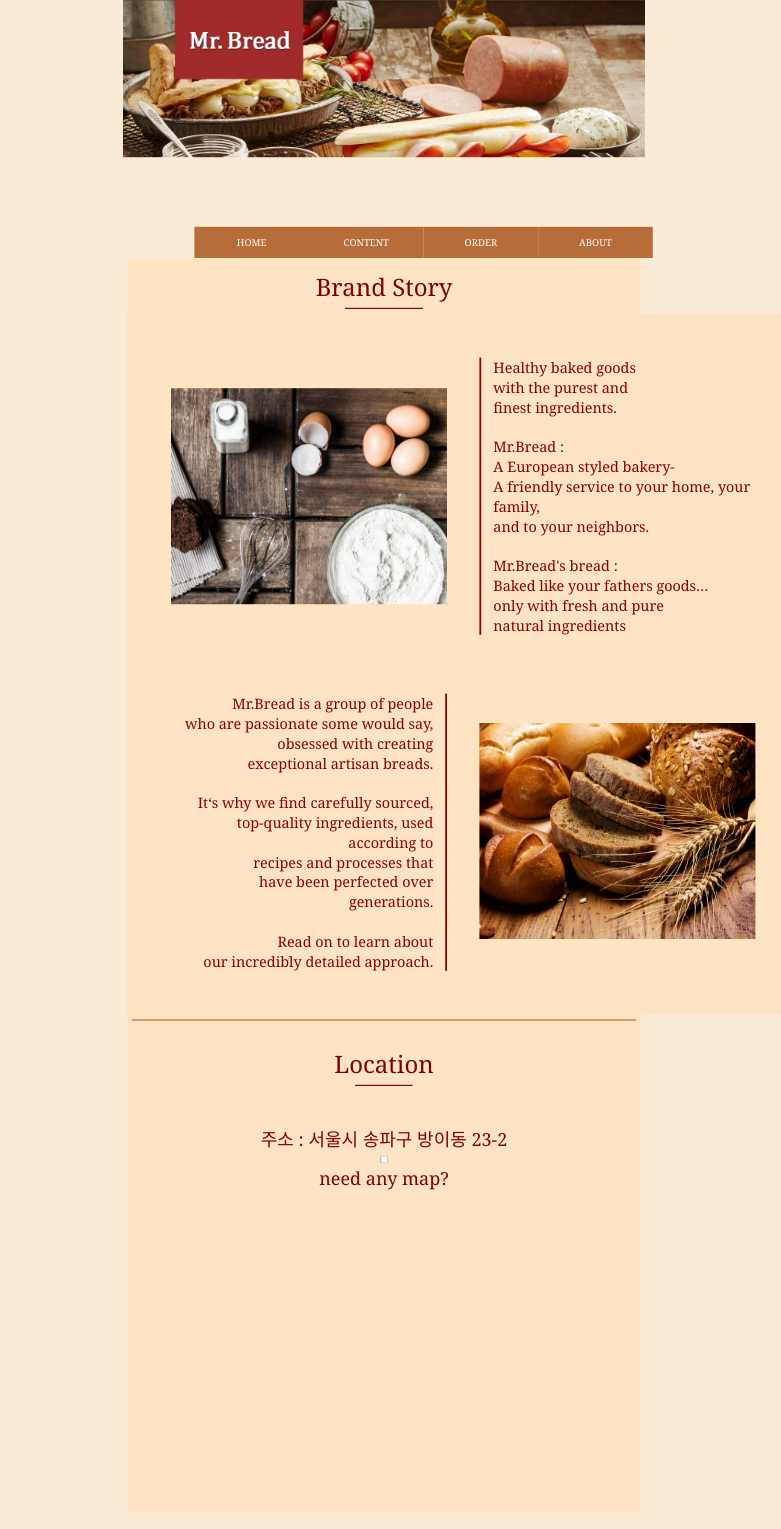
Repository: jihyyeshin/2017-2-WP-bread
Page: http://localhost/Bread/about.jsp
An editor plug-in stored every save of this project. The page is shown before and after the next save, followed by the edit.
The browser window is 1280 px wide. The page is 1302 px wide, so the pictures cover 1302 px, including what lies to the right of the window. The pictures show the whole page, at 60% of full size.
The page is served by Tomcat 9. Other server files are loaded and not shown.

Above is the page before, as saved 2017-12-08 05:14:46.

### eclipse-workspace/Bread/WebContent/about.jsp
<%@ page language="java" contentType="text/html; charset=euc-kr"
	pageEncoding="euc-kr"%>
<%@ page import="java.sql.*"%>
<!DOCTYPE html>
<html lang="ko" xmlns="http://www.w3.org/1999/xhtml">
<head>
<meta charset="utf-8" />
<title>Mr.Bread</title>

<script language="javascript">
	function changeMap() {
		if (map.style.visibility == "visible")
			map.style.visibility = "hidden";
		else
			map.style.visibility = "visible";
	}
</script>

</head>

<body>
	<link rel="stylesheet" type="text/css" href="style.css" />
	<div id="container">
		<div>
			<ul class="h">
				<li class="h"><a class="h" href="home.jsp">HOME</a></li>
				<li class="h"><a class="h" href="content.jsp">CONTENT</a></li>
				<li class="h"><a class="h" href="order.jsp">ORDER</a></li>
				<li class="h"><a class="h" href="about.jsp">ABOUT</a></li>
			</ul>
		</div>
		<br /> <br /> <br />
		<div id="main">
			<br />
			<p class="p1">Brand Story</p>
			<hr width="15%" style="border: 1px solid darkred" />
			<table border="0" align="center">
				<tr>
					<td><img class="img1" src="21.jpg" /></td>
					<td>
						<div id="p2">
							<p class="p2">
								Healthy baked goods <br /> with the purest and <br /> finest
								ingredients. <br /> <br /> Mr.Bread : <br /> A European
								styled bakery- <br /> A friendly service to your home, your
								family, <br /> and to your neighbors. <br /> <br />
								Mr.Bread's bread : <br /> Baked like your fathers goods… <br />
								only with fresh and pure <br /> natural ingredients <br />
							</p>
						</div>
					</td>
				</tr>
				<tr>
					<td>
						<div id="p3">
							<p class="p3">
								Mr.Bread is a group of people <br /> who are passionate some
								would say, <br /> obsessed with creating <br /> exceptional
								artisan breads. <br /> <br /> It‘s why we find carefully
								sourced, <br /> top-quality ingredients, used according to <br />
								recipes and processes that <br /> have been perfected over
								generations. <br /> <br /> Read on to learn about <br /> our
								incredibly detailed approach. <br />
							</p>
						</div>
					</td>
					<td><img class="img2" src="20.jpg" /></td>
				</tr>
			</table>
			<hr width="98%" style="border: 0.5px solid #b76d39" />
			<br /> <br />
			<p class="p1">Location</p>
			<hr width="11%" style="border: 1px solid darkred" />
			<br> <br> <br>
			<table border="0" align="center" width="700">
				<tr>
					<td>
						<center>
							<p class="p4">주소 : 서울시 송파구 방이동 23-2</p>
						</center>
					</td>
				</tr>
				<tr>
					<td>
						<center>
							<input type="checkbox" name="ck" value="2" onclick="changeMap()" />
							<center>
								<p class="p4">need any map?</p>
							</center>

							<div id="map">
								<img src="map.jpg" width="700" height="480" />
							</div>
						</center>
					</td>
				</tr>
			</table>
		</div>
	</div>
	</div>
</body>
</html>

### eclipse-workspace/Bread/WebContent/style.css
@charset "EUC-KR";
/* home.jsp의 배경 화면 구성 */
body {
	background-color: antiquewhite;
	background-image: url("file.jpg");
	background-position: center top;
	background-repeat: no-repeat;
	background-size: 68%;
}
/* home.jsp의 배경 화면 제외한 페이지 구성 */
#container {
	width: auto;
	margin: auto;
	padding: 20px;
}
/* bread, calendar, number 구성 */
#part1 {
	width: 100%;
	height: auto;
	padding-top: 1%;
	padding-bottom: 1%;
	margin: auto;
	background-color: #b76d39;
}
/* 화면 하단 사진 슬라이스 구성 */
#part2 {
	width: 100%;
	height: auto;
	margin: auto;
	background-color: #b76d39;
}
/* home.jsp의 main 단락 구성 */
#main {
	width: 69.9%;
	height: auto;
	margin: auto;
	padding-bottom: 50px;
	background-color: bisque;
}
/* menu bar 전체적인 구성 */
ul.h {
	margin-top: 350px;
	margin-left: 256px;
}
/* 각각 menu 구성 */
ul.h li.h {
	width: 20.58%;
	list-style-type: none;
	overflow: hidden;
	position: center;
	background-color: #b76d39;
	float: left;
	position: center;
}
/* 각각 menu의 글씨 구성 */
li.h a.h {
	display: block;
	font-family: Cambria;
	color: white;
	text-align: center;
	padding: 15px 15px;
	text-decoration: none;
}
/* 각각 menu에 마우스를 올려놓았을 때의 동작 */
li.h a.h:hover {
	background-color: white;
	color: #b76d39;
}
/* 본문 내용 구성 글씨 "brand story" */
.p1 {
	font-family: Cambria;
	font-size: 40px;
	color: maroon;
	text-align: center;
	margin: 0px 0px 0px 0px;
}

#p2 {
	width: auto;
	height: auto;
	padding-left: 20px;
	margin: 70px 0px 20px 20px;
	border-left: 3px solid darkred;
}

.p2 {
	font-family: Cambria;
	font-size: 24px;
	color: darkred;
	text-align: left;
}

#p3 {
	width: auto;
	height: auto;
	padding-right: 20px;
	margin: 70px 30px 70px 30px;
	border-right: 3px solid darkred;
}

.p3 {
	font-family: Cambria;
	font-size: 24px;
	color: darkred;
	text-align: right;
}

.img1 {
	width: 460px;
	height: 360px;
	margin: 70px 30px 20px 30px;
}

.img2 {
	width: 460px;
	height: 360px;
	margin: 70px 0px 70px 20px;
}
/* 단 구성 */
.column {
	column-count: 2;
	column-width: 100px;
	column-rule: 1px solid grey;
	-webkit-column-count: 2;
	-webkit-column-width: 100px;
	-webkit-column-rule: 1px solid grey;
	-moz-column-count: 2;
	-moz-column-width: 100px;
	-moz-column-rule: 1px solid grey;
	width: 1350px;
}

.three {
	font-family: Cambria;
	color: white;
	font-size: 20px;
	align: center;
	margin: 0px 0px 0px 10px;
}
/*about.jsp에서 사용하는 map*/
#map {
	visibility: hidden;
	pading: 50px 50px 50px 50px;
}
/*login 창에 사용*/
table, tr, td {
	background-color: bisque;
	text-align: center;
}

table {
	margin: 0 auto;
	padding: 0px 40px 0px 40px;
}

/*login button에 사용*/
.button {
	background-color: #b76d39;
	font-family: Cambria;
	width: 100px;
	border: none;
	color: white;
	padding: 15px 32px;
	text-align: center;
	text-decoration: none;
	display: inline-block;
	font-size: 16px;
	margin: 4px 2px;
	cursor: pointer;
	-webkit-transition-duration: 0.4s; /* Safari */
	transition-duration: 0.4s;
	border: none;
}

.button2:hover {
	box-shadow: 0 12px 16px 0 rgba(0, 0, 0, 0.24), 0 17px 50px 0
		rgba(0, 0, 0, 0.19);
}
/*login 및 작은 글씨*/
.p4 {
	font-family: Cambria;
	font-size: 30px;
	color: maroon;
	text-align: center;
	margin: 0px 0px 0px 0px;
}

.div1 {
	border-style: solid;
	border-color: #b76d39;
	width: 55%;
	align: center;
}

After the next save:
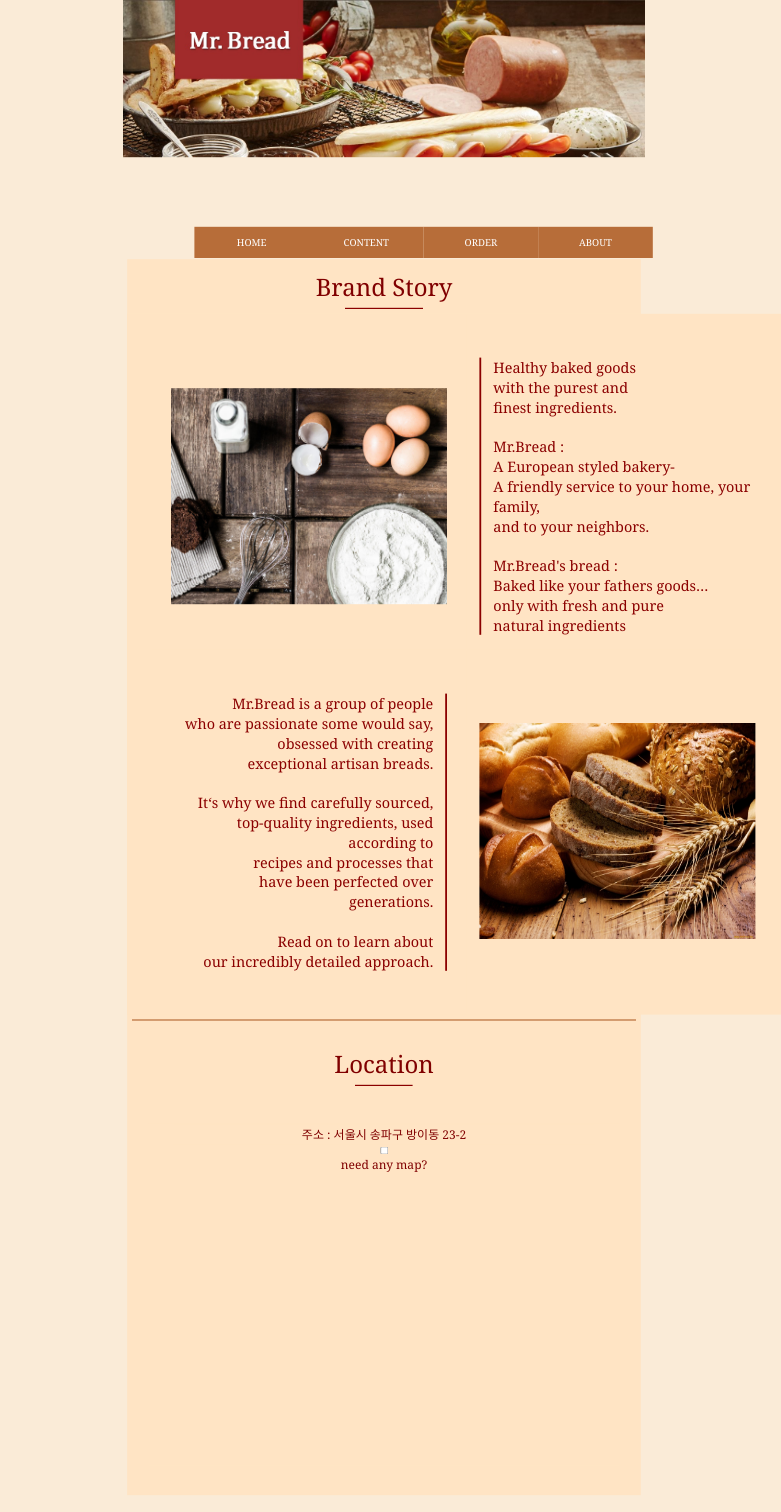
Saved 42 s later.
--- a/eclipse-workspace/Bread/WebContent/about.jsp
+++ b/eclipse-workspace/Bread/WebContent/about.jsp
@@ -76,7 +76,7 @@
 				<tr>
 					<td>
 						<center>
-							<p class="p4">주소 : 서울시 송파구 방이동 23-2</p>
+							<p class="p5">주소 : 서울시 송파구 방이동 23-2</p>
 						</center>
 					</td>
 				</tr>
@@ -85,7 +85,7 @@
 						<center>
 							<input type="checkbox" name="ck" value="2" onclick="changeMap()" />
 							<center>
-								<p class="p4">need any map?</p>
+								<p class="p5">need any map?</p>
 							</center>
 
 							<div id="map">
--- a/eclipse-workspace/Bread/WebContent/style.css
+++ b/eclipse-workspace/Bread/WebContent/style.css
@@ -176,10 +176,18 @@
 	box-shadow: 0 12px 16px 0 rgba(0, 0, 0, 0.24), 0 17px 50px 0
 		rgba(0, 0, 0, 0.19);
 }
-/*login 및 작은 글씨*/
+/*login 글씨*/
 .p4 {
 	font-family: Cambria;
 	font-size: 30px;
+	color: maroon;
+	text-align: center;
+	margin: 0px 0px 0px 0px;
+}
+/*작은글씨*/
+.p5 {
+	font-family: Cambria;
+	font-size: 20px;
 	color: maroon;
 	text-align: center;
 	margin: 0px 0px 0px 0px;
